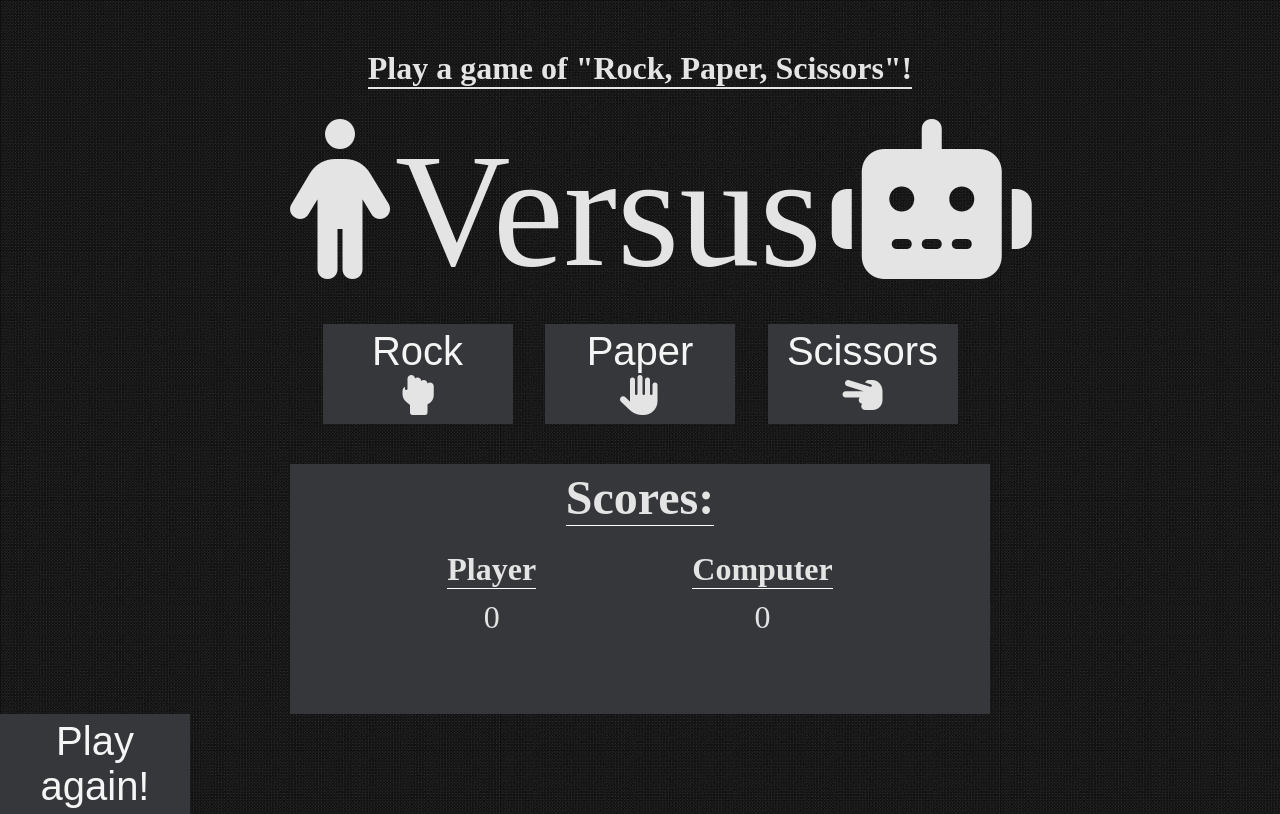
Repository: Pafestivo/rock-paper-scissors
Page: index.html
An editor plug-in stored every save of this project. The page is shown before and after the next save, followed by the edit.
The browser window is 1280 px wide. The pictures show the whole page.
Some web libraries are served in a nearby version.

Above is the page before, as saved 2022-10-14 19:46:41.

After the next save:
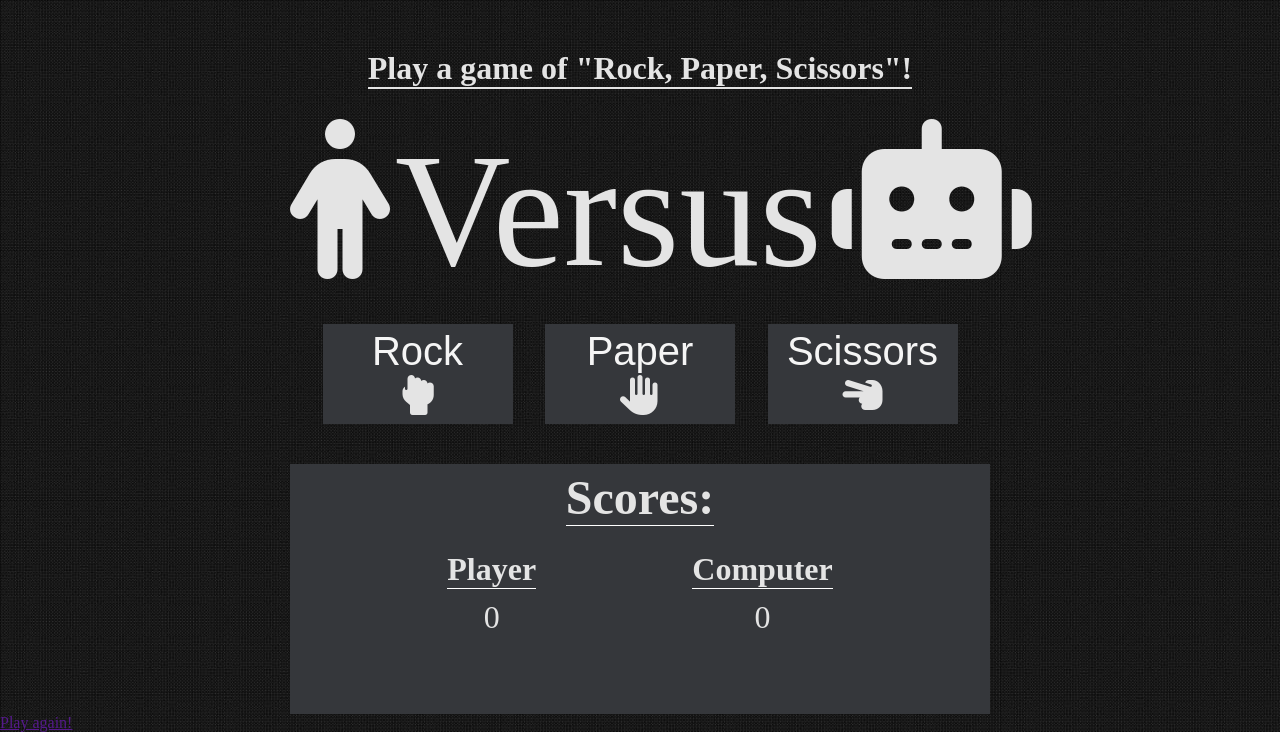
Saved 1 s later.
--- a/index.html
+++ b/index.html
@@ -55,8 +55,6 @@
 
   </div> <!-- /results -->
 
-  <button id="play-again">
-    <p>Play again!</p>
-  </button>
+  <a id="play-again" href="">Play again!</a>
 </body>
 </html>
